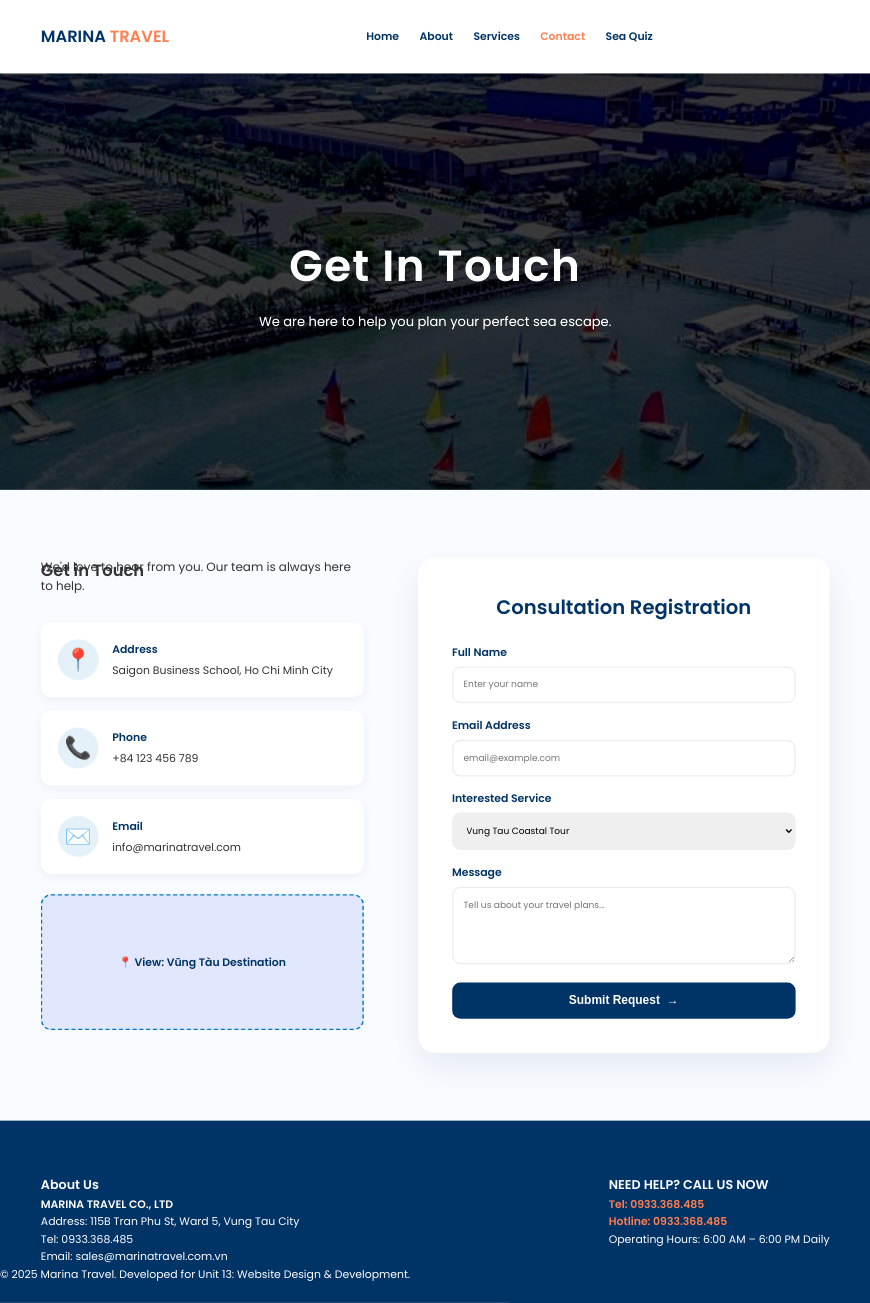
Repository: phatlam0058-commits/WebDD
Page: html/contact.html
These files come from the project's save history. The page is drawn as it stood at one moment and after the next save; the edit follows.
The browser window is 1280 px wide. The pictures show the whole page, at 68% of full size.

Above is the page before, as saved 2026-01-28 14:10:55.

### html/contact.html
<!DOCTYPE html>
<html lang="en">
<head>
    <meta charset="UTF-8">
    <meta name="viewport" content="width=device-width, initial-scale=1.0">
    <title>Contact Us - Marina Travel</title>
    <link rel="stylesheet" href="../css/style.css">
    <link rel="stylesheet" href="../css/responsive.css">
    <link href="https://fonts.googleapis.com/css2?family=Poppins:wght@300;400;600&display=swap" rel="stylesheet">
</head>
<body>

    <header>
        <nav class="navbar">
            <div class="logo">Marina <span>Travel</span></div>
            <ul class="nav-links">
                <li><a href="index.html">Home</a></li>
                <li><a href="about.html">About</a></li>
                <li><a href="services.html">Services</a></li>
                <li><a href="contact.html" class="active">Contact</a></li>
                <li><a href="game.html">Sea Quiz</a></li>
            </ul>
        </nav>
    </header>

    <main>
        <section class="hero-window">
            <div class="hero-slider" id="hero-slider">
                <div class="slide" style="background-image: linear-gradient(rgba(0,0,0,0.6), rgba(0,0,0,0.6)), url('../img/Marina_Photo_Number_2.jpg');">
                    <div class="hero-content">
                        <h1>Get In Touch</h1>
                        <p>We are here to help you plan your perfect sea escape.</p>
                    </div>
                </div>
                <div class="slide" style="background-image: linear-gradient(rgba(0,0,0,0.6), rgba(0,0,0,0.6)), url('../img/Marina_Photo_Number_5.jpg');">
                    <div class="hero-content">
                        <h1>24/7 Hotline Support</h1>
                        <p>Call us now at 0933.368.485 for immediate assistance.</p>
                    </div>
                </div>
                <div class="slide" style="background-image: linear-gradient(rgba(0,0,0,0.6), rgba(0,0,0,0.6)), url('../img/Marina_Photo_Number_7.jpg');">
                    <div class="hero-content">
                        <h1>Ready for the Sea?</h1>
                        <p>Test your ocean knowledge with our Sea Quiz!</p>
                    </div>
                </div>
            </div>
        </section>

        <section class="contact-page-wrapper">
    <div class="container contact-grid">
        <div class="contact-info-card">
            <h2 class="section-title">Get in Touch</h2>
                <p class="subtitle">We'd love to hear from you. Our team is always here to help.</p>

            <div class="info-item-box">
                <div class="info-icon">📍</div>
                <div>
                    <h4>Address</h4>
                    <p>Saigon Business School, Ho Chi Minh City</p>
                </div>
            </div>

            <div class="info-item-box">
                <div class="info-icon">📞</div>
                <div>
                    <h4>Phone</h4>
                    <p>+84 123 456 789</p>
                </div>
            </div>

            <div class="info-item-box">
                <div class="info-icon">✉️</div>
                <div>
                    <h4>Email</h4>
                    <p>info@marinatravel.com</p>
                </div>
            </div>

            <div class="map-preview">
                <p>📍 View: Vũng Tàu Destination</p>
            </div>
        </div>

        <div class="form-container-card">
            <h3>Consultation Registration</h3>
            <form id="consultation-form">
                <div class="input-group">
                    <label>Full Name</label>
                    <input type="text" placeholder="Enter your name" required>
                </div>

                <div class="input-group">
                    <label>Email Address</label>
                    <input type="email" placeholder="email@example.com" required>
                </div>

                <div class="input-group">
                    <label>Interested Service</label>
                    <select>
                        <option>Vung Tau Coastal Tour</option>
                        <option>Go Gang Island Eco-Tour</option>
                        <option>Long Son Raft Village</option>
                        <option>Private Boat Rental</option>
                    </select>
                </div>

                <div class="input-group">
                    <label>Message</label>
                    <textarea rows="4" placeholder="Tell us about your travel plans..."></textarea>
                </div>

                <button type="submit" class="submit-btn-modern">
                    Submit Request <span>→</span>
                </button>
            </form>
        </div>

    </div>
</section>
    </main>

    <footer>
        <div class="container footer-flex">
            <div class="footer-left">
                <h3>About Us</h3>
                <p><strong>MARINA TRAVEL CO., LTD</strong></p>
                <p>Address: 115B Tran Phu St, Ward 5, Vung Tau City</p>
                <p>Tel: 0933.368.485</p>
                <p>Email: sales@marinatravel.com.vn</p>
            </div>

            <div class="footer-right">
                <h3>NEED HELP? CALL US NOW</h3>
                <p class="hotline-text">Tel: 0933.368.485</p>
                <p class="hotline-text">Hotline: 0933.368.485</p>
                <p>Operating Hours: 6:00 AM – 6:00 PM Daily</p>
            </div>
        </div>

        <div class="footer-bottom">
            <p>&copy; 2025 Marina Travel. Developed for Unit 13: Website Design & Development.</p>
        </div>
    </footer>

    <script src="../js/main.js"></script>
    <script src="../js/form-validation.js"></script>
</body>
</html>

### css/style.css
/* --- Root Variables for Brand Consistency --- */
:root {
    --primary-blue: #003366;
    --secondary-blue: #0077be;
    --accent-coral: #ff7f50;
    --light-bg: #f4f9ff;
    --white: #ffffff;
    --dark-text: #333333;
    --transition: all 0.4s cubic-bezier(0.25, 0.46, 0.45, 0.94);
}

/* --- Global Reset --- */
* {
    margin: 0;
    padding: 0;
    box-sizing: border-box;
}

body {
    font-family: 'Poppins', sans-serif;
    line-height: 1.6;
    color: var(--dark-text);
    background-color: var(--light-bg);
    overflow-x: hidden;
}

/* --- Layout Containers --- */
.container {
    max-width: 1200px;
    margin: 0 auto;
    padding: 0 20px;
}

/* --- Navigation --- */
header {
    background: var(--white);
    box-shadow: 0 2px 10px rgba(0,0,0,0.1);
    position: sticky;
    top: 0;
    z-index: 1000;
}

.navbar {
    display: flex;
    justify-content: space-between;
    align-items: center;
    max-width: 1200px;
    margin: 0 auto;
    padding: 15px 20px;
}

.logo {
    font-size: 24px;
    font-weight: 700;
    color: var(--primary-blue);
    text-transform: uppercase;
}

.logo span {
    color: var(--accent-coral);
}

.nav-links {
    display: flex;
    list-style: none;
}

.nav-links li {
    margin-left: 30px;
}

.nav-links a {
    text-decoration: none;
    color: var(--primary-blue);
    font-weight: 600;
    transition: var(--transition);
}

.nav-links a:hover,
.nav-links a.active {
    color: var(--accent-coral);
}

/* =============================================
    ABOUT PAGE: QUICK SERVICES (3 Boxes)
   ============================================= */
.quick-services {
    display: flex;
    height: 450px;
    width: 100%;
    overflow: hidden;
}

.service-box {
    flex: 1;
    background-size: cover;
    background-position: center;
    position: relative;
    display: flex;
    align-items: flex-end;
    padding: 40px;
    color: var(--white);
    transition: var(--transition);
    cursor: pointer;
}

/* Hiệu ứng trượt rộng ra khi hover */
.service-box:hover {
    flex: 1.5;
}

.box-content {
    position: relative;
    z-index: 2;
    transition: transform 0.5s ease;
}

.service-box:hover .box-content {
    transform: translateY(-10px);
}

.box-content h3 {
    font-size: 1.8rem;
    margin-bottom: 5px;
}

/* =============================================
    COMPANY DETAIL SECTION
   ============================================= */
.company-detail {
    padding: 100px 0;
}

.detail-grid {
    display: grid;
    grid-template-columns: 1fr 1fr;
    gap: 60px;
    align-items: center;
}

.badge {
    display: inline-block;
    background: rgba(255, 127, 80, 0.1);
    color: var(--accent-coral);
    padding: 5px 15px;
    border-radius: 50px;
    font-weight: 600;
    font-size: 0.9rem;
    margin-bottom: 15px;
}

.detail-text h2 {
    font-size: 2.8rem;
    color: var(--primary-blue);
    line-height: 1.2;
    margin-bottom: 25px;
}

.check-list {
    list-style: none;
    margin: 30px 0;
}

.check-list li {
    position: relative;
    padding-left: 30px;
    margin-bottom: 15px;
    font-weight: 500;
    transition: 0.3s;
}

.check-list li::before {
    content: '⚓';
    position: absolute;
    left: 0;
    color: var(--accent-coral);
}

.check-list li:hover {
    transform: translateX(10px);
    color: var(--secondary-blue);
}

.img-frame {
    width: 100%;
    border-radius: 20px;
    box-shadow: 30px 30px 0px rgba(0, 51, 102, 0.05);
    transition: var(--transition);
}

.img-frame:hover {
    transform: scale(1.02);
}
/* --- HERO SLIDER (Kiểu dải băng) --- */
.hero-window {
    height: 85vh;
    overflow: hidden; /* Quan trọng để ẩn phần slide bị thừa */
    position: relative;
    background: #000;
}

.hero-slider {
    display: flex; /* Dùng flexbox để các slide nằm cạnh nhau */
    width: 100%; /* Sẽ được JS điều chỉnh để chứa các slide clone */
    height: 100%;
    transition: transform 1.2s cubic-bezier(0.645, 0.045, 0.355, 1); /* Transition mượt mà */
    /* Thêm perspective cho hiệu ứng 3D nhẹ nếu muốn */
    /* perspective: 1000px; */
}

.slide {
    flex-shrink: 0; /* Quan trọng: Ngăn slide bị co lại */
    width: 100%; /* Mỗi slide chiếm 100% chiều rộng của .hero-window */
    height: 100%;
    background-size: cover;
    background-position: center;
    display: flex;
    align-items: center;
    justify-content: center;
    text-align: center;
    color: white;
    position: relative; /* Cho lớp phủ gradient và nội dung */
    /* Hiệu ứng 3D nhẹ khi trượt (tùy chọn) */
    /* transform-style: preserve-3d; */
}

/* Lớp phủ gradient để chữ dễ đọc hơn */
.slide::before {
    content: '';
    position: absolute;
    inset: 0;
    background: linear-gradient(rgba(0,0,0,0.4), rgba(0,0,0,0.4));
    z-index: 1;
}

.hero-content {
    position: relative; /* Đặt trên lớp phủ */
    z-index: 2;
    max-width: 800px;
}

/* --- HIỆU ỨNG CHỮ (Professional Reveal) --- */
.hero-content h1 {
    font-size: 4rem;
    font-weight: 700;
    letter-spacing: 2px;
    margin-bottom: 15px;
    clip-path: inset(0 0 100% 0); /* Ẩn chữ bằng clip-path */
    transition: clip-path 1.2s cubic-bezier(0.77, 0, 0.175, 1);
}

.hero-content p {
    font-size: 1.2rem;
    opacity: 0;
    transform: translateY(20px); /* Ẩn xuống dưới */
    transition: all 1s ease-out;
}

.btn-primary {
    opacity: 0;
    transform: scale(0.8); /* Ẩn bằng scale */
    transition: all 0.6s cubic-bezier(0.175, 0.885, 0.32, 1.275);
}

/* Khi slide được active (bởi JS) thì chữ hiện ra */
.slide.active-slide .hero-content h1 {
    clip-path: inset(0 0 0 0);
    transition-delay: 0.5s;
}

.slide.active-slide .hero-content p {
    opacity: 1;
    transform: translateY(0);
    transition-delay: 1.2s;
}

.slide.active-slide .btn-primary {
    opacity: 1;
    transform: scale(1);
    transition-delay: 1.5s;
}

/* --- Nút điều hướng (tùy chọn) --- */
.slider-nav {
    position: absolute;
    top: 50%;
    transform: translateY(-50%);
    background: rgba(0, 51, 102, 0.5); /* Nền xanh đậm trong suốt */
    color: white;
    border: none;
    padding: 15px 20px;
    font-size: 1.5rem;
    cursor: pointer;
    z-index: 10;
    border-radius: 5px;
    transition: background 0.3s ease;
}

.slider-nav:hover {
    background: var(--accent-coral);
}

.slider-nav.prev {
    left: 20px;
}

.slider-nav.next {
    right: 20px;
}
/* --- Buttons --- */
.btn-primary {
    background: var(--accent-coral);
    color: var(--white);
    padding: 14px 35px;
    border-radius: 50px;
    text-decoration: none;
    font-weight: 600;
    display: inline-block;
    transition: var(--transition);
    border: none;
}

.btn-primary:hover {
    transform: translateY(-3px);
    box-shadow: 0 10px 20px rgba(255, 127, 80, 0.3);
}

/* --- Footer --- */
footer {
    background: var(--primary-blue);
    color: white;
    padding: 80px 0 30px;
}

.footer-flex {
    display: flex;
    justify-content: space-between;
    flex-wrap: wrap;
    gap: 40px;
}

.hotline-text {
    font-weight: 700;
    color: var(--accent-coral);
}

/* --- Responsive --- */
@media (max-width: 768px) {
    .quick-services {
        flex-direction: column;
        height: auto;
    }
    .service-box {
        height: 250px;
    }
    .detail-grid {
        grid-template-columns: 1fr;
    }
    .detail-text h2 {
        font-size: 2rem;
    }
}
/* =============================================
    SERVICES PAGE: SIGNATURE TOURS GRID
   ============================================= */
.services-section {
    padding: 100px 0;
}

.services-grid {
    display: grid;
    grid-template-columns: repeat(auto-fit, minmax(350px, 1fr));
    gap: 40px;
}

.service-card {
    background: var(--white);
    border-radius: 20px;
    overflow: hidden;
    box-shadow: 0 15px 35px rgba(0,0,0,0.08);
    transition: var(--transition);
    display: flex;
    flex-direction: column;
}

.service-card:hover {
    transform: translateY(-12px);
    box-shadow: 0 20px 40px rgba(0, 51, 102, 0.12);
}

.service-img {
    height: 250px;
    overflow: hidden;
}

.service-img img {
    width: 100%;
    height: 100%;
    object-fit: cover;
    transition: transform 0.6s ease;
}

.service-card:hover .service-img img {
    transform: scale(1.1);
}

.service-info {
    padding: 30px;
    flex-grow: 1;
    display: flex;
    flex-direction: column;
}

.service-info h3 {
    color: var(--primary-blue);
    font-size: 1.5rem;
    margin-bottom: 15px;
}

.service-info p {
    font-size: 0.95rem;
    color: #666;
    margin-bottom: 20px;
    flex-grow: 1;
}

/* Meta info: Duration & Price */
.tour-meta {
    display: flex;
    justify-content: space-between;
    align-items: center;
    padding-top: 20px;
    border-top: 1px solid #eee;
    margin-bottom: 20px;
}

.duration {
    font-size: 0.85rem;
    color: var(--secondary-blue);
    font-weight: 600;
}

.price {
    font-size: 1.1rem;
    color: var(--accent-coral);
    font-weight: 700;
}

.btn-small {
    text-align: center;
    background: var(--primary-blue);
    color: white;
    padding: 10px 20px;
    border-radius: 8px;
    text-decoration: none;
    font-weight: 600;
    transition: var(--transition);
}

.btn-small:hover {
    background: var(--secondary-blue);
}

/* =============================================
    EXTRA ACTIVITIES (Kayaking, Water Biking...)
   ============================================= */
.extra-activities {
    background: #f0f7ff;
    padding: 100px 0;
}

.extra-grid {
    display: grid;
    grid-template-columns: repeat(3, 1fr);
    gap: 30px;
    margin-top: 50px;
}

.extra-card {
    position: relative;
    height: 350px;
    border-radius: 20px;
    overflow: hidden;
    box-shadow: 0 10px 25px rgba(0,0,0,0.1);
}

.extra-img {
    width: 100%;
    height: 100%;
    background-size: cover;
    background-position: center;
    transition: transform 0.8s ease;
}

.extra-overlay {
    position: absolute;
    inset: 0;
    background: linear-gradient(to top, rgba(0, 51, 102, 0.85), transparent 70%);
    display: flex;
    flex-direction: column;
    justify-content: flex-end;
    align-items: center;
    padding-bottom: 40px;
    color: white;
    opacity: 0.9;
    transition: var(--transition);
}

.extra-icon {
    font-size: 2.5rem;
    margin-bottom: 10px;
}

.extra-card h4 {
    font-size: 1.4rem;
    letter-spacing: 1px;
    text-transform: uppercase;
}

/* Hiệu ứng khi hover vào card extra */
.extra-card:hover .extra-img {
    transform: scale(1.15);
}

.extra-card:hover .extra-overlay {
    background: linear-gradient(to top, rgba(255, 127, 80, 0.9), transparent 80%);
}

/* =============================================
    RESPONSIVE FOR SERVICES
   ============================================= */
@media (max-width: 992px) {
    .extra-grid {
        grid-template-columns: repeat(2, 1fr);
    }
}

@media (max-width: 600px) {
    .services-grid, .extra-grid {
        grid-template-columns: 1fr;
    }
    .extra-card {
        height: 300px;
    }
}
/* =============================================
    CONTACT PAGE SPECIFIC STYLES
   ============================================= */
.contact-page-wrapper {
    padding: 100px 0;
    background-color: #f8fbff;
}

.contact-grid {
    display: grid;
    grid-template-columns: 1fr 1.2fr;
    gap: 50px;
    align-items: start;
}

/* Info Side */
.contact-info-card {
    padding-right: 30px;
}

.contact-info-card .subtitle {
    margin: -40px 0 40px 0; /* Căn chỉnh lại khoảng cách dưới title */
    margin-top: 30px
    color: #666;
    font-size: 1.1rem;
}

.info-item-box {
    display: flex;
    align-items: center;
    background: var(--white);
    padding: 25px;
    border-radius: 15px;
    margin-bottom: 20px;
    box-shadow: 0 5px 15px rgba(0, 51, 102, 0.05);
    transition: var(--transition);
}

.info-item-box:hover {
    transform: translateX(10px);
    box-shadow: 0 10px 25px rgba(0, 51, 102, 0.1);
}

.info-icon {
    font-size: 2rem;
    margin-right: 20px;
    background: rgba(0, 119, 190, 0.1);
    width: 60px;
    height: 60px;
    display: flex;
    align-items: center;
    justify-content: center;
    border-radius: 50%;
}

.info-item-box h4 {
    color: var(--primary-blue);
    margin-bottom: 5px;
}

.map-preview {
    margin-top: 30px;
    height: 200px;
    background: #e0e7ff;
    border-radius: 15px;
    display: flex;
    align-items: center;
    justify-content: center;
    border: 2px dashed var(--secondary-blue);
    color: var(--primary-blue);
    font-weight: 600;
}

/* Form Side */
.form-container-card {
    background: var(--white);
    padding: 50px;
    border-radius: 25px;
    box-shadow: 0 20px 50px rgba(0, 51, 102, 0.08);
}

.form-container-card h3 {
    font-size: 1.8rem;
    color: var(--primary-blue);
    margin-bottom: 30px;
    text-align: center;
}

.input-group {
    margin-bottom: 20px;
}

.input-group label {
    display: block;
    font-weight: 600;
    margin-bottom: 8px;
    color: var(--primary-blue);
}

.input-group input,
.input-group select,
.input-group textarea {
    width: 100%;
    padding: 15px;
    border: 2px solid #eee;
    border-radius: 12px;
    font-family: inherit;
    transition: var(--transition);
}

.input-group input:focus,
.input-group select:focus,
.input-group textarea:focus {
    border-color: var(--secondary-blue);
    outline: none;
    background: #fdfdfd;
}

.submit-btn-modern {
    width: 100%;
    padding: 16px;
    background: var(--primary-blue);
    color: white;
    border: none;
    border-radius: 12px;
    font-size: 1.1rem;
    font-weight: 600;
    cursor: pointer;
    transition: var(--transition);
    display: flex;
    justify-content: center;
    align-items: center;
    gap: 10px;
}

.submit-btn-modern:hover {
    background: var(--accent-coral);
    transform: translateY(-3px);
    box-shadow: 0 10px 20px rgba(255, 127, 80, 0.3);
}

/* =============================================
    GLOBAL UPDATES (Sửa lỗi ảnh tối & Chữ trượt)
   ============================================= */
.slide {
    /* Đảm bảo ảnh nền sáng hơn dù có gradient đè trực tiếp trong HTML */
    filter: contrast(1.05) brightness(1.05);
}

.hero-content h1, .hero-content p {
    /* Hiệu ứng chữ trượt từ từ lên trên */
    animation: slideInUp 1.2s cubic-bezier(0.2, 0.8, 0.2, 1) forwards;
    opacity: 0;
}

.hero-content p {
    animation-delay: 0.3s;
}

@keyframes slideInUp {
    from {
        opacity: 0;
        transform: translateY(50px);
    }
    to {
        opacity: 1;
        transform: translateY(0);
    }
}

/* =============================================
    RESPONSIVE
   ============================================= */
@media (max-width: 992px) {
    .contact-grid {
        grid-template-columns: 1fr;
    }
    .contact-info-card {
        padding-right: 0;
        margin-bottom: 50px;
    }
}

### css/responsive.css
/* --- Responsive Design for Marina Travel --- */

/* Tablet & Smaller Devices (max-width: 992px) */
@media (max-width: 992px) {
    .hero-content h1 {
        font-size: 2.8rem;
    }

    .contact-container {
        grid-template-columns: 1fr; /* Stack contact info and form vertically */
        gap: 30px;
    }
}

/* Mobile Devices (max-width: 768px) */
@media (max-width: 768px) {

    /* Navigation Adjustments */
    .nav-links {
        display: none; /* We hide the links to show a mobile menu via JS later */
        flex-direction: column;
        width: 100%;
        background: var(--white);
        position: absolute;
        top: 70px;
        left: 0;
        padding: 20px;
        box-shadow: 0 10px 10px rgba(0,0,0,0.1);
    }

    .nav-links.nav-active {
        display: flex; /* This will be toggled by main.js */
    }

    .nav-links li {
        margin: 15px 0;
        text-align: center;
    }

    /* Hero Text Scaling */
    .hero-content h1 {
        font-size: 2.2rem;
    }

    .hero-btns {
        display: flex;
        flex-direction: column;
        gap: 15px;
    }

    .btn-secondary {
        margin-left: 0;
    }

    /* Section Spacing */
    section {
        padding: 50px 0;
    }

    .section-title h2 {
        font-size: 2rem;
    }

    /* Grid Adjustments */
    .feature-grid, .services-grid {
        grid-template-columns: 1fr; /* Single column for mobile */
    }

    /* Footer Adjustments */
    .footer-content {
        padding: 0 20px;
    }
}

/* Extra Small Devices (max-width: 480px) */
@media (max-width: 480px) {
    .hero-content h1 {
        font-size: 1.8rem;
    }

    .logo {
        font-size: 20px;
    }
}

Loaded but not shown: js/main.js (103 lines, source omitted); js/form-validation.js (60 lines, source omitted)

After the next save:
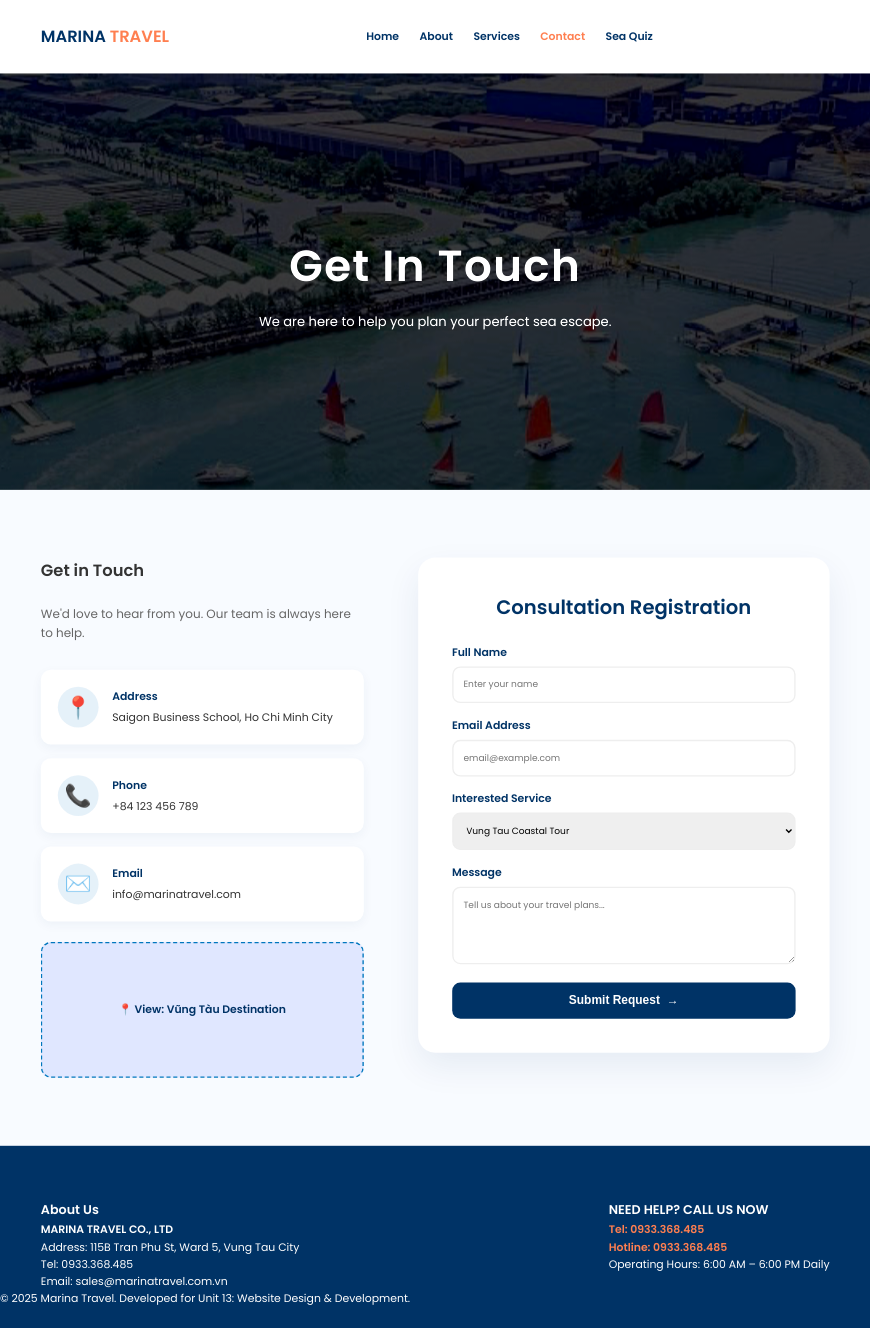
Saved 35 s later.
--- a/css/style.css
+++ b/css/style.css
@@ -565,7 +565,7 @@ footer {
 
 .contact-info-card .subtitle {
     margin: -40px 0 40px 0; /* Căn chỉnh lại khoảng cách dưới title */
-    margin-top: 30px
+    margin-top: 30px;
     color: #666;
     font-size: 1.1rem;
 }
